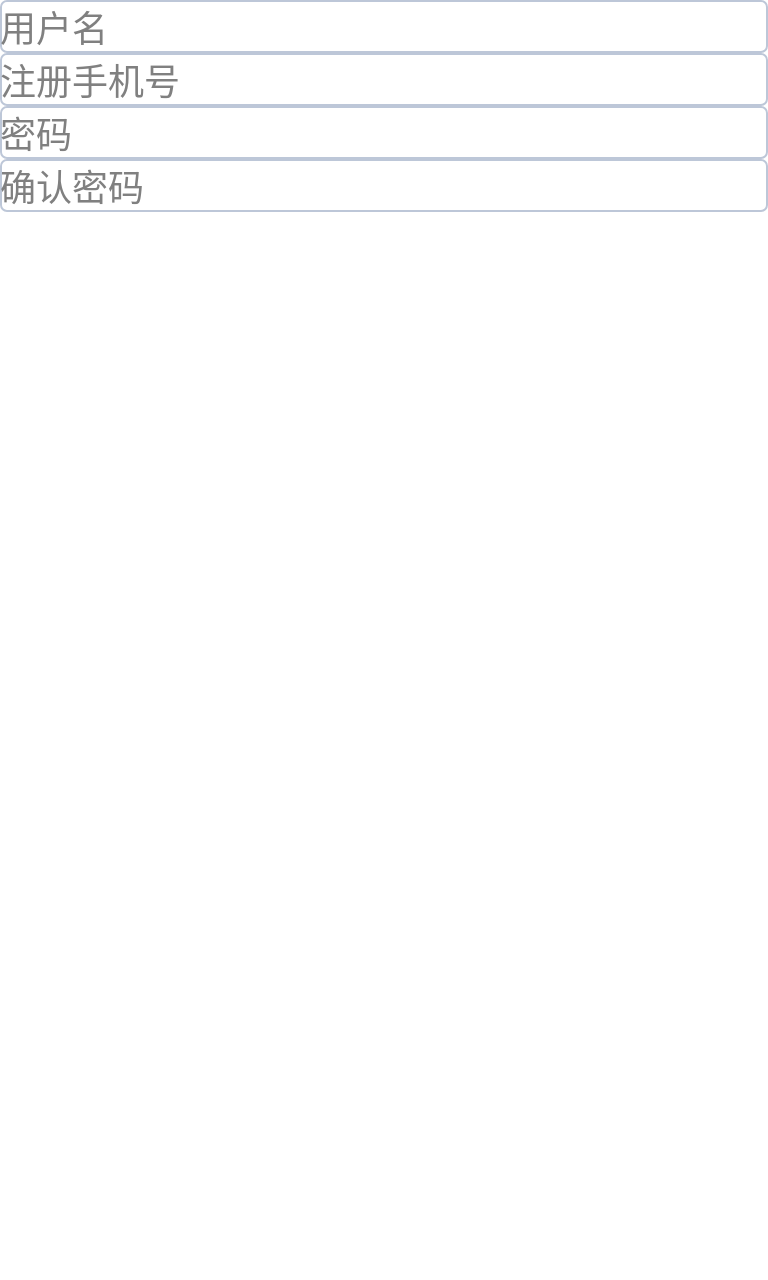
Repository: fatio/Nower
Layout: Android_Client_Source/EnjoyIt/res/layout/update_password_dialog.xml
The author's editor kept a copy of each file at every save. The layout is drawn from the files as they stood at one save, then again after the next save.
It is drawn on a 768 x 1280 px phone screen (xhdpi) without system bars, with theme AppTheme; the app's code is not run.

Above is the layout before, as saved 2015-12-28 11:49:50.

### Android_Client_Source/EnjoyIt/res/layout/update_password_dialog.xml
<?xml version="1.0" encoding="utf-8"?>

<LinearLayout xmlns:android="http://schemas.android.com/apk/res/android"
    android:orientation="vertical"
    android:layout_width="wrap_content"
    android:layout_height="wrap_content">

    <EditText
        android:id="@+id/et_username"
        android:layout_width="match_parent"
        android:layout_height="wrap_content"
        android:background="@drawable/bg_edittext"
        android:hint="用户名" />

    <EditText
        android:id="@+id/et_phone"
        android:layout_width="match_parent"
        android:layout_height="wrap_content"
        android:inputType="phone"
        android:background="@drawable/bg_edittext"
        android:hint="注册手机号"/>

    <EditText
        android:id="@+id/et_password"
        android:layout_width="match_parent"
        android:layout_height="wrap_content"
        android:background="@drawable/bg_edittext"
        android:hint="密码"/>

    <EditText
        android:id="@+id/et_repasword"
        android:layout_width="match_parent"
        android:background="@drawable/bg_edittext"
        android:layout_height="wrap_content"
        android:hint="确认密码"/>
</LinearLayout>

### Android_Client_Source/EnjoyIt/res/values/styles.xml
<resources>




    <style name="like_toast_dialog_style">
        <item name="android:windowFrame">@null</item>
        <item name="android:windowIsFloating">true</item>
        <item name="android:windowIsTranslucent">true</item>
        <item name="android:windowNoTitle">true</item>
        <item name="android:backgroundDimEnabled">false</item>
        <item name="android:windowContentOverlay">@null</item>
        <item name="android:windowBackground">@drawable/round_background</item>
    </style>
    <style name="AnimBottom" parent="@android:style/Animation">
        <item name="android:windowEnterAnimation">@anim/push_bottom_in</item>
        <item name="android:windowExitAnimation">@anim/push_bottom_out</item>
    </style>

    <style name="PopupAnimation3" parent="android:Animation">
        <item name="android:windowEnterAnimation">@anim/push_bottom_in</item>
        <item name="android:windowExitAnimation">@anim/push_bottom_out</item>
    </style>

    <style name="PopupAnimation" mce_bogus="1" parent="android:Animation">
        <item name="android:windowEnterAnimation">@anim/activity_translate_in</item>
        <item name="android:windowExitAnimation">@anim/activity_translate_out</item>
    </style>

    <style name="PopupAnimation1" mce_bogus="1" parent="android:Animation">
        <item name="android:windowEnterAnimation">@anim/popup_enter</item>
        <item name="android:windowExitAnimation">@anim/popup_exit</item>
    </style>
    <!--
        Base application theme, dependent on API level. This theme is replaced
        by AppBaseTheme from res/values-vXX/styles.xml on newer devices.

    -->
    <style name="AppBaseTheme" parent="android:Theme.Light">
        <!--
            Theme customizations available in newer API levels can go in
            res/values-vXX/styles.xml, while customizations related to
            backward-compatibility can go here.

        -->
    </style>

    <!-- Application theme. -->
    <style name="AppTheme" parent="AppBaseTheme">
        <!-- All customizations that are NOT specific to a particular API-level can go here. -->
    </style>

</resources>

### Android_Client_Source/EnjoyIt/res/drawable/bg_edittext.xml
<?xml version="1.0" encoding="UTF-8"?>
<selector xmlns:android="http://schemas.android.com/apk/res/android">
    <item android:state_window_focused="false"
        android:drawable="@drawable/bg_edittext_normal" />
    <item android:state_focused="true"
        android:drawable="@drawable/bg_edittext_focused" />
</selector>

### Android_Client_Source/EnjoyIt/res/drawable/bg_edittext_normal.xml
<?xml version="1.0" encoding="UTF-8"?>
<shape xmlns:android="http://schemas.android.com/apk/res/android">
    <solid android:color="#FFFFFF" />
    <corners android:radius="3dip" />
    <stroke android:width="1dip" android:color="#BDC7D8" />
</shape>

### Android_Client_Source/EnjoyIt/res/drawable/bg_edittext_focused.xml
<?xml version="1.0" encoding="UTF-8"?>
<shape xmlns:android="http://schemas.android.com/apk/res/android">
    <solid android:color="#FFFFFF" />
    <corners android:radius="3dip" />
    <stroke android:width="1dip" android:color="#728ea3" />
</shape>

Loaded but not shown: Android_Client_Source/EnjoyIt/res/values-v11/styles.xml (common file); Android_Client_Source/EnjoyIt/res/values-v14/styles.xml (common file)

After the next save:
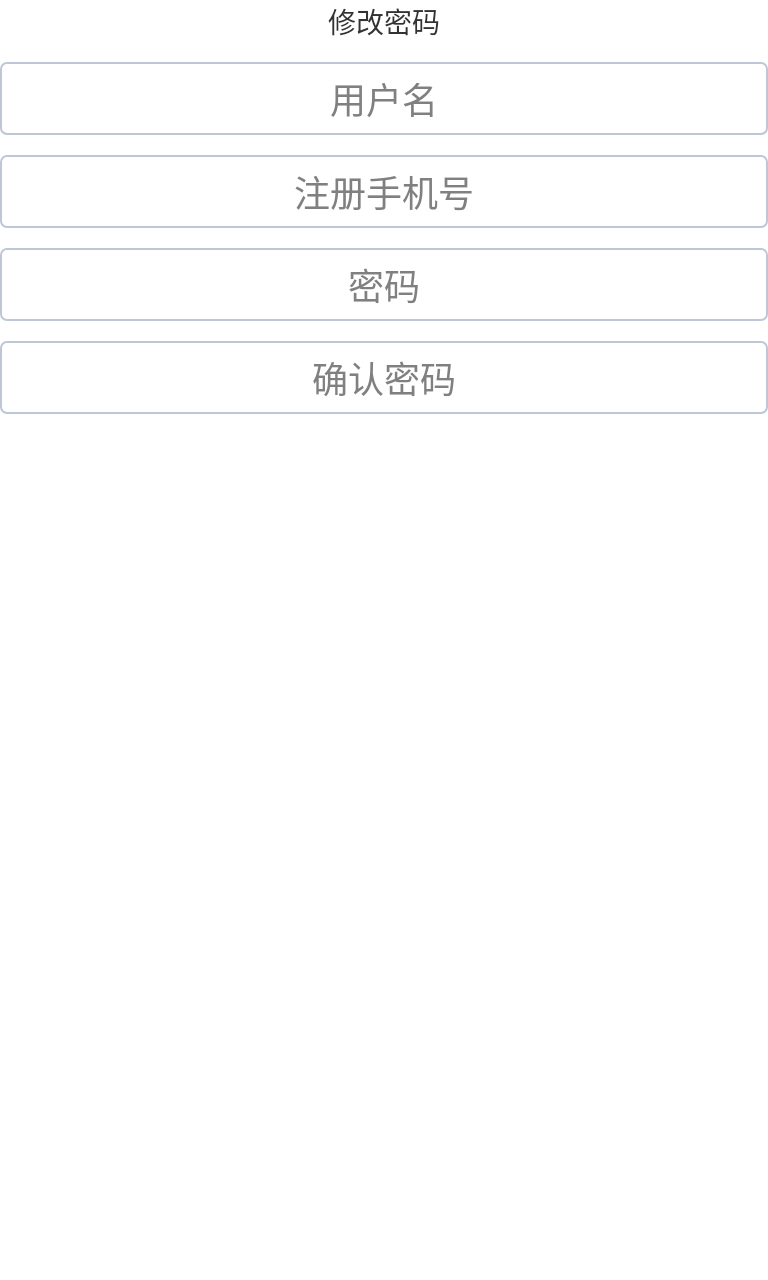
Saved 3 min 5 s later.
--- a/Android_Client_Source/EnjoyIt/res/layout/update_password_dialog.xml
+++ b/Android_Client_Source/EnjoyIt/res/layout/update_password_dialog.xml
@@ -1,36 +1,56 @@
 <?xml version="1.0" encoding="utf-8"?>
+<LinearLayout xmlns:android="http://schemas.android.com/apk/res/android"
+    android:layout_width="wrap_content"
+    android:layout_height="wrap_content"
+    android:orientation="vertical" >
 
-<LinearLayout xmlns:android="http://schemas.android.com/apk/res/android"
-    android:orientation="vertical"
-    android:layout_width="wrap_content"
-    android:layout_height="wrap_content">
+    <TextView
+        android:layout_width="match_parent"
+        android:layout_height="wrap_content"
+        android:gravity="center"
+        android:text="修改密码" />
 
     <EditText
         android:id="@+id/et_username"
         android:layout_width="match_parent"
         android:layout_height="wrap_content"
+        android:layout_marginTop="10dp"
         android:background="@drawable/bg_edittext"
-        android:hint="用户名" />
+        android:gravity="center"
+        android:hint="用户名"
+        android:padding="5dp" />
 
     <EditText
         android:id="@+id/et_phone"
         android:layout_width="match_parent"
         android:layout_height="wrap_content"
+        android:layout_marginTop="10dp"
+        android:background="@drawable/bg_edittext"
+        android:gravity="center"
+        android:hint="注册手机号"
         android:inputType="phone"
-        android:background="@drawable/bg_edittext"
-        android:hint="注册手机号"/>
+        android:padding="5dp" />
 
     <EditText
         android:id="@+id/et_password"
         android:layout_width="match_parent"
         android:layout_height="wrap_content"
+        android:layout_marginTop="10dp"
         android:background="@drawable/bg_edittext"
-        android:hint="密码"/>
+        android:gravity="center"
+        android:hint="密码"
+        android:inputType="textPassword"
+        android:padding="5dp" />
 
     <EditText
         android:id="@+id/et_repasword"
         android:layout_width="match_parent"
+        android:layout_height="wrap_content"
+        android:layout_marginTop="10dp"
         android:background="@drawable/bg_edittext"
-        android:layout_height="wrap_content"
-        android:hint="确认密码"/>
+        android:gravity="center"
+        android:hint="确认密码"
+        android:inputType="textPassword"
+        android:padding="5dp" />
+
 </LinearLayout>
